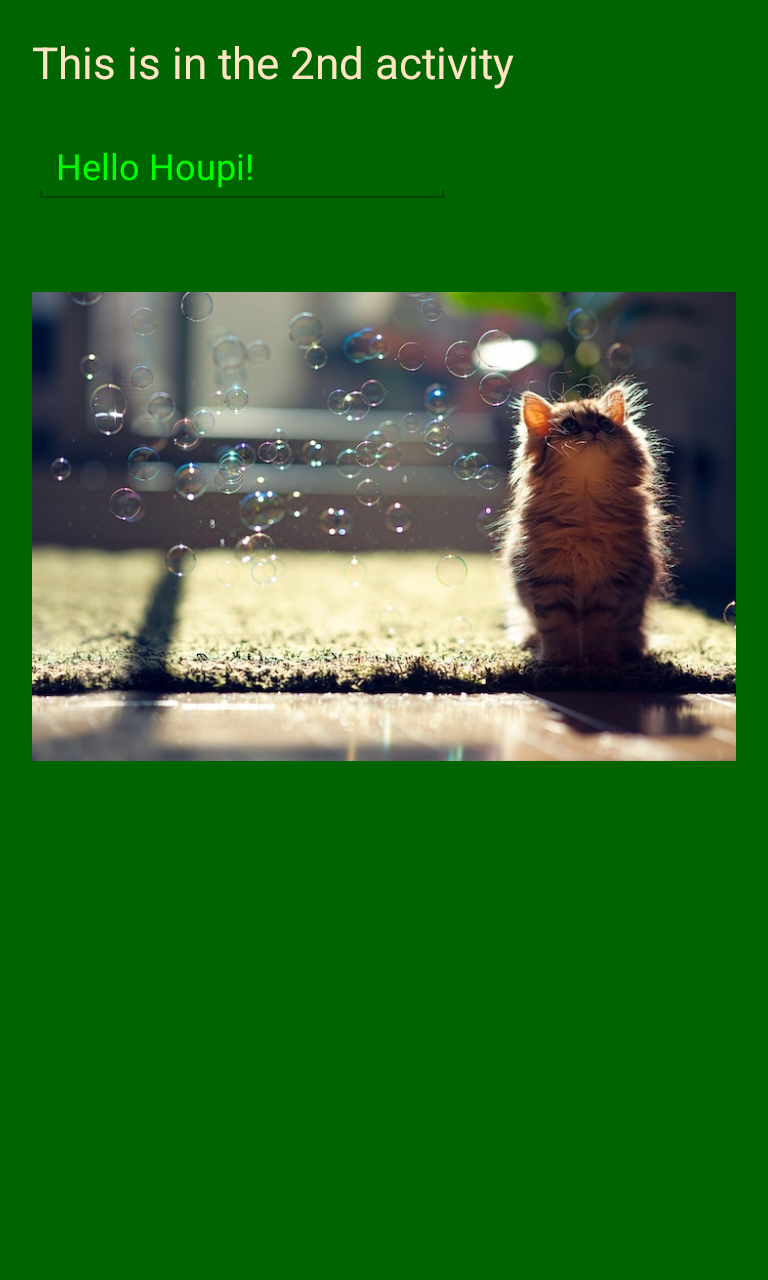
Repository: wzbbbb/bkp_home
Layout: java/Droid1/res/layout/activity_second.xml
The author's editor kept a copy of each file at every save. The layout is drawn from the files as they stood at one save, then again after the next save.
It is drawn on a 768 x 1280 px phone screen (xhdpi) without system bars, with theme AppTheme; the app's code is not run.

Above is the layout before, as saved 2013-09-22 02:10:18.

### java/Droid1/res/layout/activity_second.xml
<RelativeLayout xmlns:android="http://schemas.android.com/apk/res/android"
    xmlns:tools="http://schemas.android.com/tools"
    android:layout_width="match_parent"
    android:layout_height="match_parent"
    android:background="@color/background_color"
    android:paddingBottom="@dimen/activity_vertical_margin"
    android:paddingLeft="@dimen/activity_horizontal_margin"
    android:paddingRight="@dimen/activity_horizontal_margin"
    android:paddingTop="@dimen/activity_vertical_margin"
    tools:context=".DroidActivity" >

    <TextView
        android:id="@+id/textView1"
        android:layout_width="wrap_content"
        android:layout_height="wrap_content"
        android:text="@string/second_activity_label"
        android:textColor="@color/app_text_color"
        android:textSize="@dimen/text_size" />

    <EditText
        android:id="@+id/editText1"
        android:layout_width="wrap_content"
        android:layout_height="wrap_content"
        android:layout_alignLeft="@+id/textView1"
        android:layout_below="@+id/textView1"
        android:layout_marginTop="18dp"
        android:ems="10"
        android:text="@string/hello_world"
        android:textColor="@color/text_color_2" />

    <ImageView
        android:id="@+id/imageView1"
        android:layout_width="wrap_content"
        android:layout_height="wrap_content"
        android:layout_alignLeft="@+id/editText1"
        android:layout_below="@+id/editText1"
        android:layout_marginTop="40dp"
        android:src="@drawable/cat_bubble" />

</RelativeLayout>

### java/Droid1/res/values/colors.xml
<?xml version="1.0" encoding="utf-8"?>
<resources>
    <color name="background_color">#006400</color>
    <color name="app_text_color">#FFE4C4</color>
    <color name="text_color_2">#00FF00</color>

</resources>

### java/Droid1/res/values/dimens.xml
<resources>

    <!-- Default screen margins, per the Android Design guidelines. -->
    <dimen name="activity_horizontal_margin">16dp</dimen>
    <dimen name="activity_vertical_margin">16dp</dimen><dimen name="text_size">22sp</dimen>


</resources>

### java/Droid1/res/values/strings.xml
<?xml version="1.0" encoding="utf-8"?>
<resources>

    <string name="app_name">Droid #1</string>
    <string name="action_settings">Settings</string>
    <string name="hello_world">Hello Houpi!</string>
    <string name="test_output">This is sooo easy!</string><string name="second_activity_label">This is in the 2nd activity</string>


</resources>

Loaded but not shown: java/Droid1/res/values/styles.xml (common file); java/Droid1/res/values-v11/styles.xml (common file); java/Droid1/res/values-v14/styles.xml (common file)

After the next save:
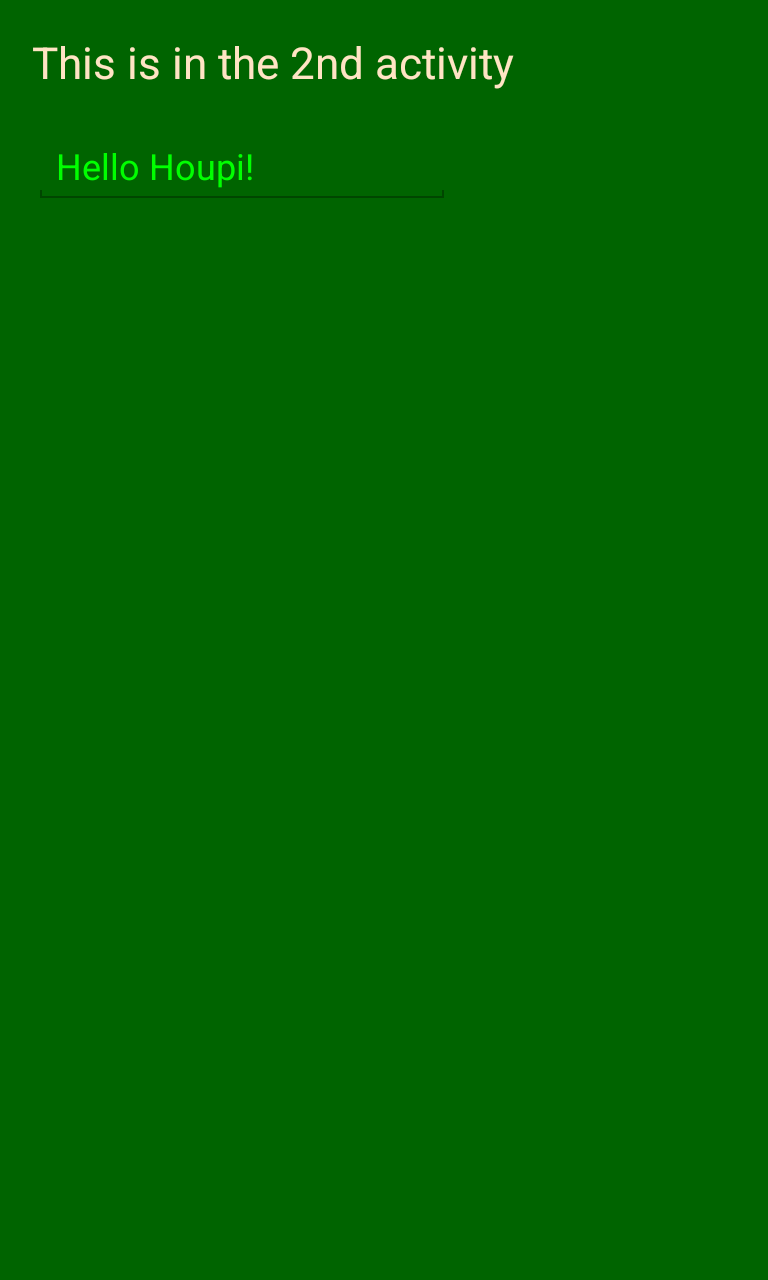
Saved 23 min 15 s later.
--- a/java/Droid1/res/layout/activity_second.xml
+++ b/java/Droid1/res/layout/activity_second.xml
@@ -28,13 +28,4 @@
         android:text="@string/hello_world"
         android:textColor="@color/text_color_2" />
 
-    <ImageView
-        android:id="@+id/imageView1"
-        android:layout_width="wrap_content"
-        android:layout_height="wrap_content"
-        android:layout_alignLeft="@+id/editText1"
-        android:layout_below="@+id/editText1"
-        android:layout_marginTop="40dp"
-        android:src="@drawable/cat_bubble" />
-
 </RelativeLayout>
